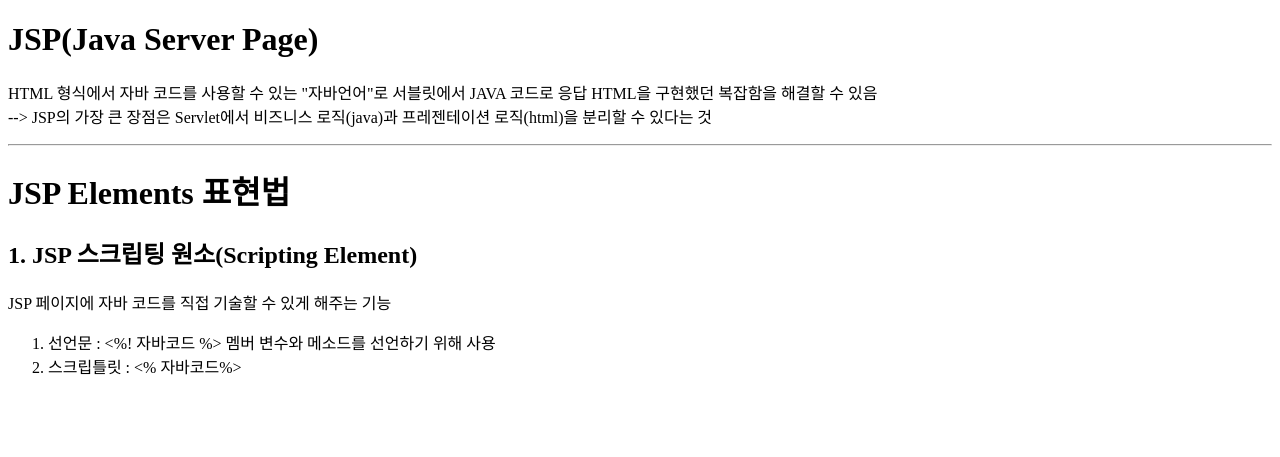
Repository: chuhj1226/servlet
Page: workspace/2_JSP/WebContent/index.html
The author's editor kept a copy of each file at every save. The page is drawn from the files as they stood at one save, then again after the next save.
The browser window is 1280 px wide. The pictures show the whole page.

Above is the page before, as saved 2021-10-05 08:02:30.

After the next save:
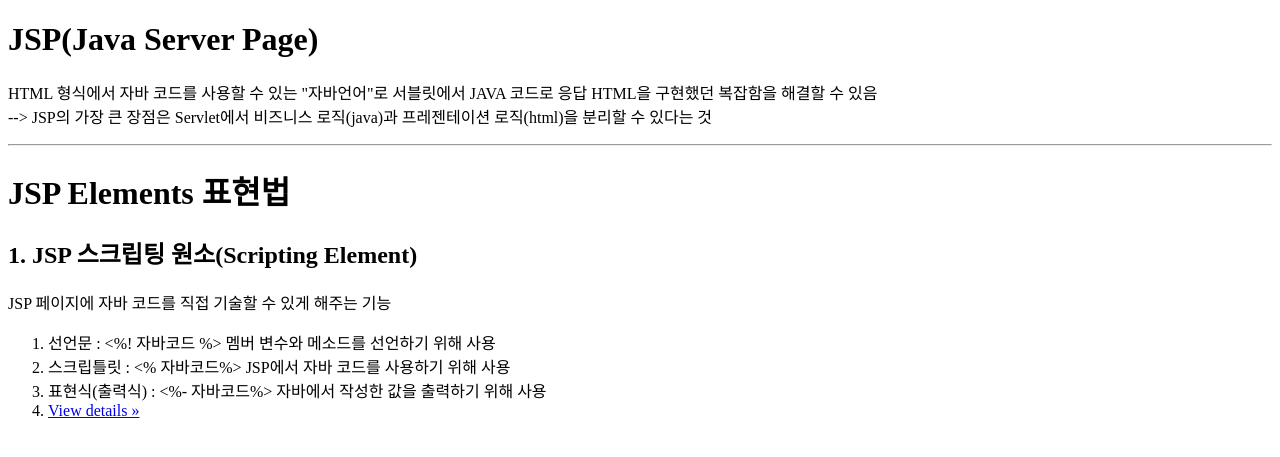
Saved 65 s later.
--- a/workspace/2_JSP/WebContent/index.html
+++ b/workspace/2_JSP/WebContent/index.html
@@ -24,6 +24,10 @@
 		<li>선언문 : &lt;%! 자바코드 %&gt;
 			멤버 변수와 메소드를 선언하기 위해 사용</li>
 		<li>스크립틀릿 : &lt;% 자바코드%&gt;
+			JSP에서 자바 코드를 사용하기 위해 사용</li>
+		<li>표현식(출력식) : &lt;%- 자바코드%&gt;
+			자바에서 작성한 값을 출력하기 위해 사용</li>
+		<li><a href="views/01_sum.jsp">View details &raquo;</a>
 	</ol>
 </body>
 </html>
